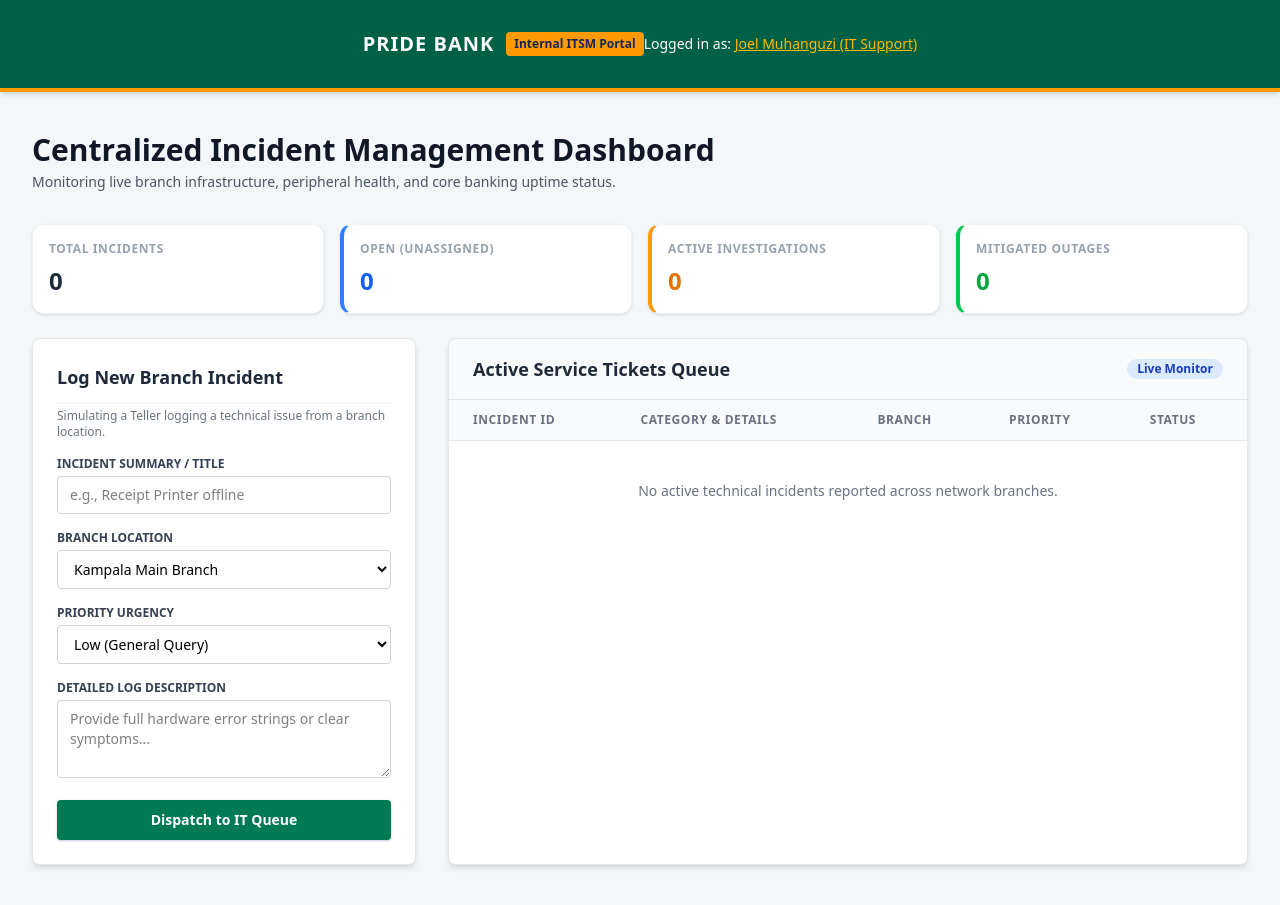
Repository: JOELAGABA/Ticket-reporting-system-for-bank-IT-support-environment-
Page: http://localhost/dashboard
An editor plug-in stored every save of this project. The page is shown before and after the next save, followed by the edit.
The browser window is 1280 px wide. The pictures show the whole page.
The page is served by the project's Laravel application, run on PHP 8.4 with Laravel 12. Queries for data that is not in the repository find no rows.

Above is the page before, as saved 2026-07-13 10:37:46.

After the next save:
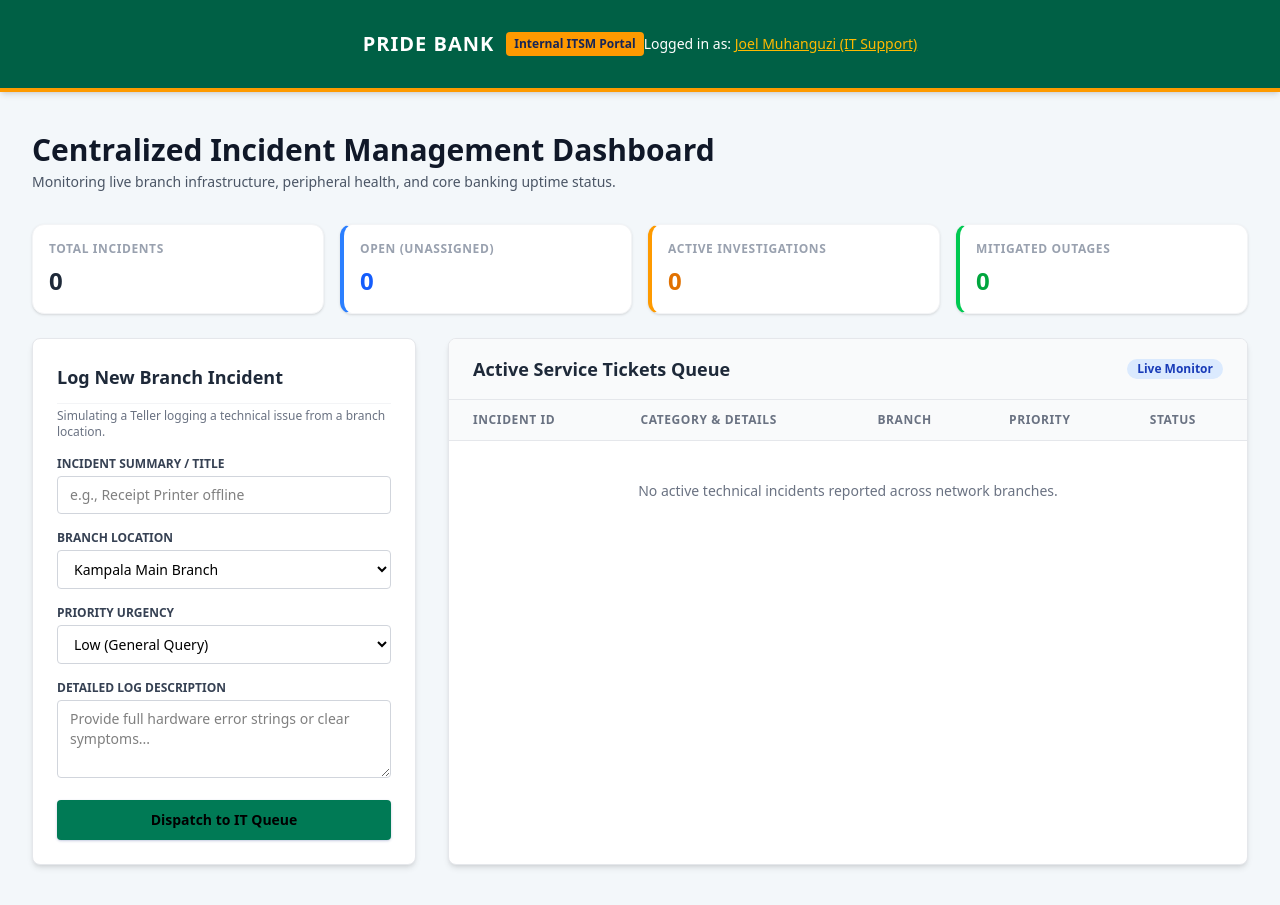
Saved 22 s later.
--- a/resources/views/dashboard.blade.php
+++ b/resources/views/dashboard.blade.php
@@ -108,7 +108,7 @@
                             class="w-full text-sm border border-gray-300 rounded px-3 py-2 focus:outline-none focus:border-blue-500"></textarea>
                     </div>
 
-                    <button type="submit" class="w-full bg-emerald-700 text-white hover:bg-blue-800 font-semibold text-sm py-2.5 px-4 rounded transition-colors shadow shadow-blue-900/20">
+                    <button type="submit" class="w-full bg-emerald-700 hover:text-white hover:bg-blue-800 font-semibold text-sm py-2.5 px-4 rounded transition-colors shadow shadow-blue-900/20">
                         Dispatch to IT Queue
                     </button>
                 </form>

After the 5 saves that followed:
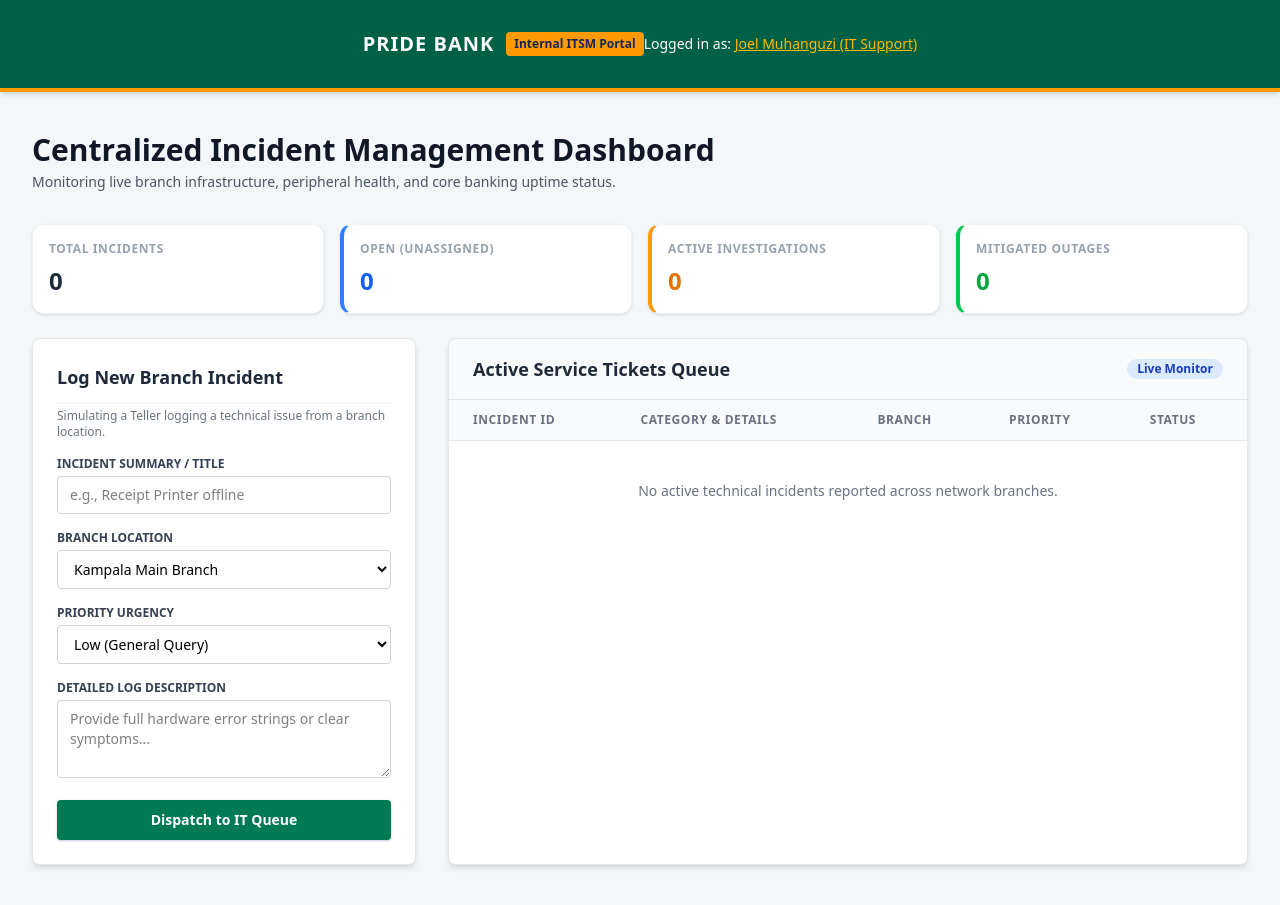
The 5 saves are shown as one change because they came seconds apart.
The last was saved 13 s later.
--- a/resources/views/dashboard.blade.php
+++ b/resources/views/dashboard.blade.php
@@ -108,7 +108,7 @@
                             class="w-full text-sm border border-gray-300 rounded px-3 py-2 focus:outline-none focus:border-blue-500"></textarea>
                     </div>
 
-                    <button type="submit" class="w-full bg-emerald-700 hover:text-white hover:bg-blue-800 font-semibold text-sm py-2.5 px-4 rounded transition-colors shadow shadow-blue-900/20">
+                    <button type="submit" class="w-full bg-emerald-700 hover:bg-emerald-800 text-white hover:bg-blue-800 font-semibold text-sm py-2.5 px-4 rounded transition-colors shadow shadow-blue-900/20">
                         Dispatch to IT Queue
                     </button>
                 </form>
